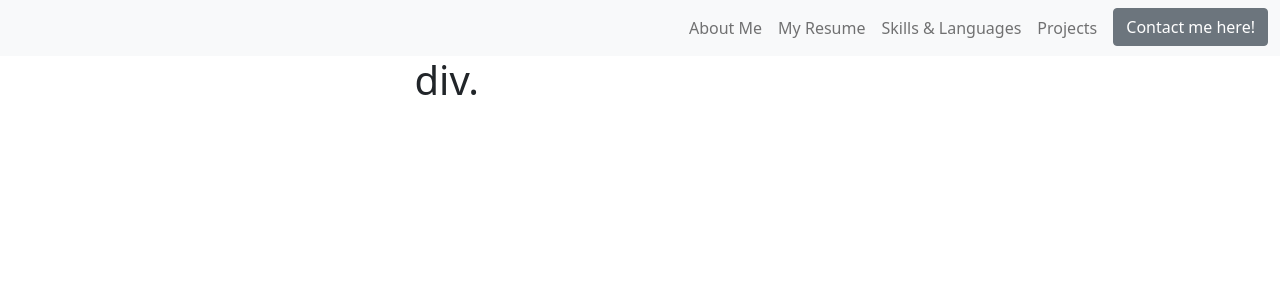
Repository: rihebtlh/portfolio
Page: new.html
An editor plug-in stored every save of this project. The page is shown before and after a run of saves, followed by the edit.
The browser window is 1280 px wide. The pictures show the whole page.

Above is the page before, as saved 2025-07-01 16:54:23.

After the next 2 saves:
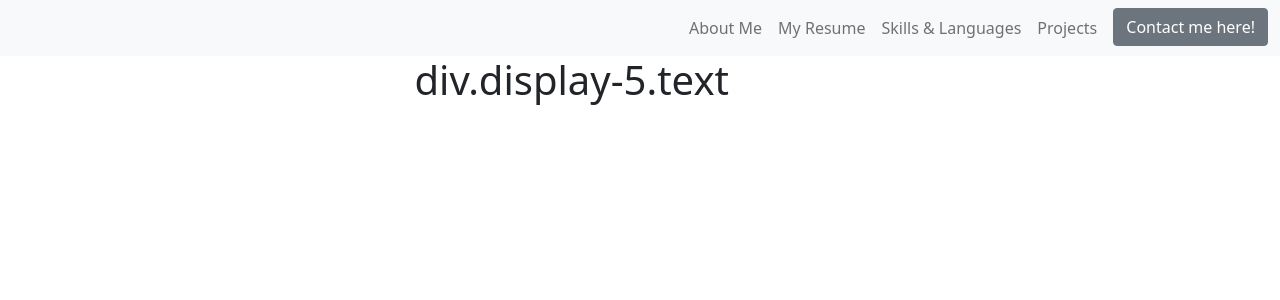
The 2 saves are shown as one change because they came seconds apart.
The last was saved 7 s later.
--- a/new.html
+++ b/new.html
@@ -48,7 +48,7 @@
             <div class="col-md-5 text-center text-md-start">
                 <h1>
                     <div class="display-2"></div>
-                    div.
+                    div.display-5.text
                 </h1>
             </div>
         </div>
